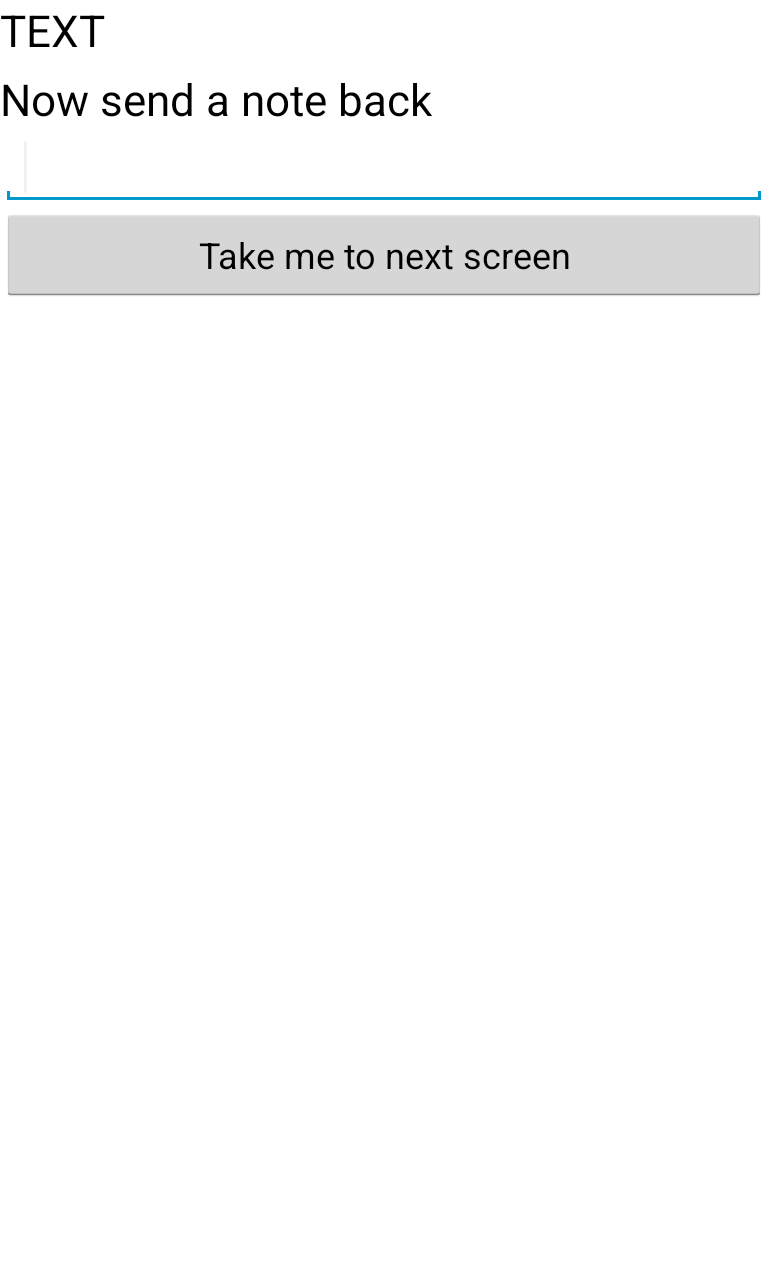
Repository: fsoDannis/FSO_JAVAII
Layout: JavaII_Week1/res/layout/activity_subscreen.xml
The author's editor kept a copy of each file at every save. The layout is drawn from the files as they stood at one save, then again after the next save.
Pictures or frames that could not be fetched are drawn as grey boxes. It is drawn on a 768 x 1280 px phone screen (xhdpi) without system bars, with theme AppTheme; the app's code is not run.

Above is the layout before, as saved 2013-05-09 01:39:12.

After the next save:
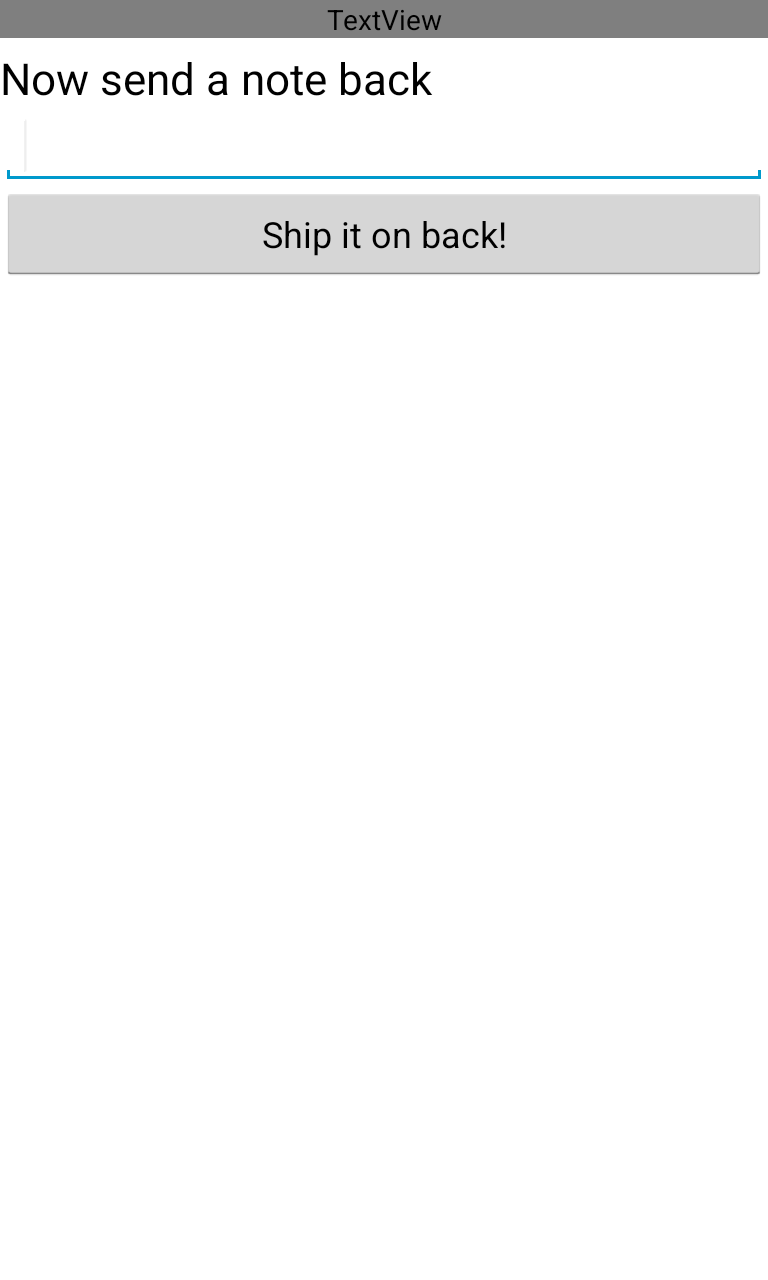
Saved 118 s later.
--- a/JavaII_Week1/res/layout/activity_subscreen.xml
+++ b/JavaII_Week1/res/layout/activity_subscreen.xml
@@ -8,6 +8,7 @@
         android:layout_width="match_parent"
         android:layout_height="wrap_content"
         android:textAppearance="?android:attr/textAppearanceLarge"
+        android:textColor="red"
         android:layout_marginBottom="10px"
         android:text="TEXT"/>
     <TextView
@@ -27,5 +28,5 @@
         android:id="@+id/button1"
         android:layout_width="match_parent"
         android:layout_height="wrap_content"
-        android:text="Take me to next screen" />
+        android:text="Ship it on back!" />
 </LinearLayout>
